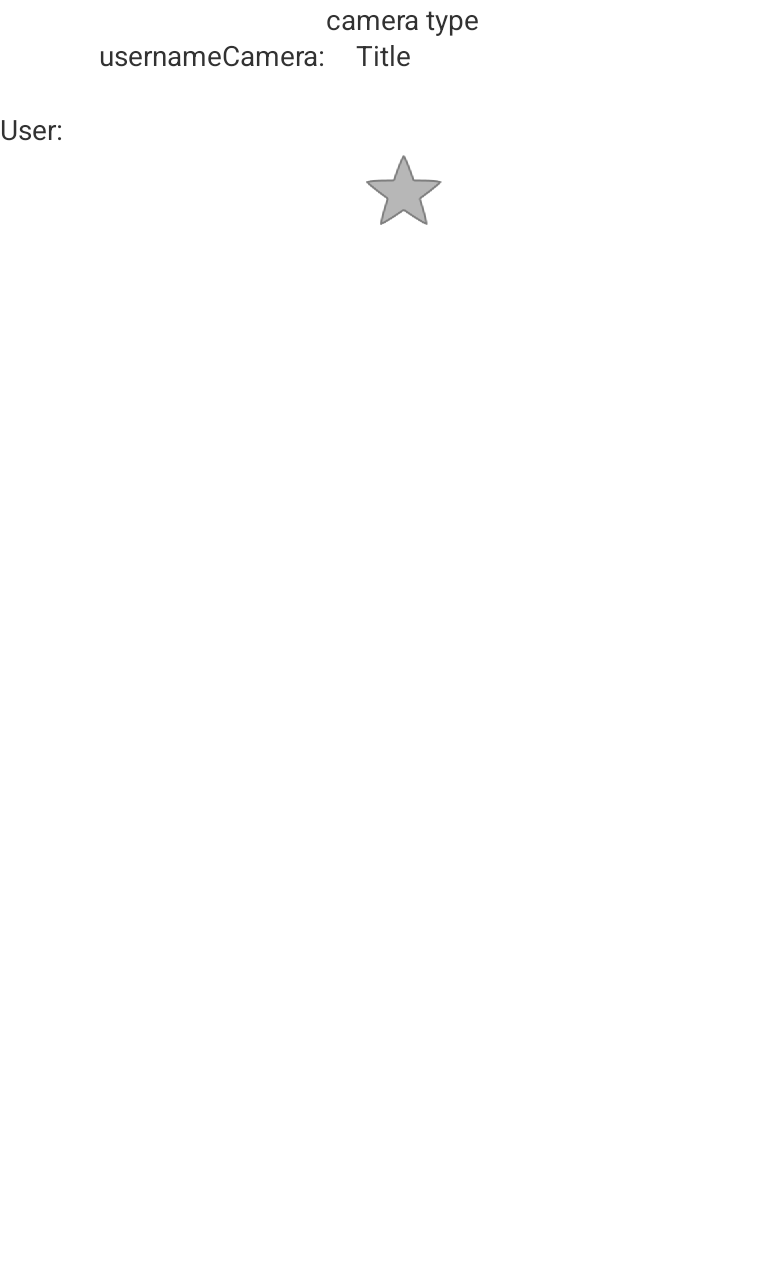
Repository: arianaantonio/Java2_Antonio
Layout: SpaceImageViewer/res/layout/details_activity.xml
These files come from the project's save history. The layout is drawn as it stood at one moment and after the next save; the edit follows.
It is drawn on a 768 x 1280 px phone screen (xhdpi) without system bars, with theme AppTheme; the app's code is not run.

Above is the layout before, as saved 2014-07-15 07:02:19.

After the next save:
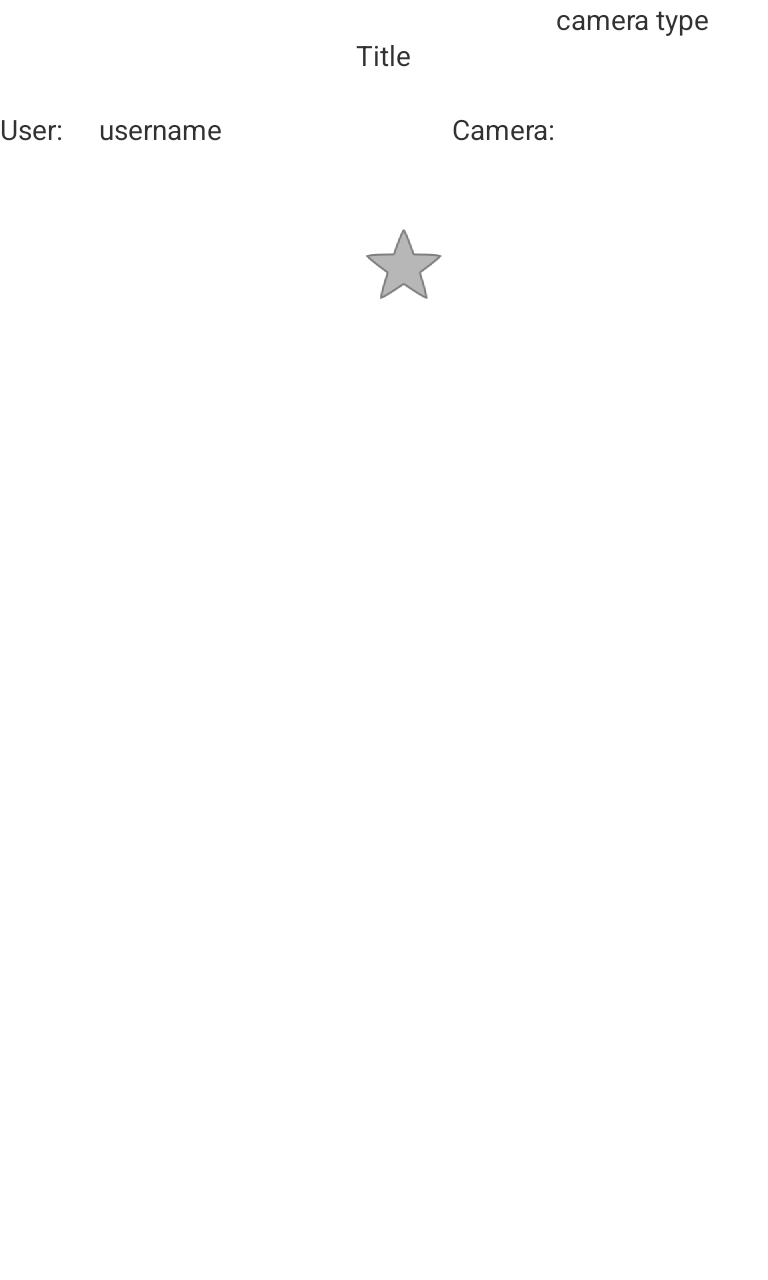
Saved 2 min 26 s later.
--- a/SpaceImageViewer/res/layout/details_activity.xml
+++ b/SpaceImageViewer/res/layout/details_activity.xml
@@ -39,17 +39,9 @@
         android:layout_height="wrap_content"
         android:layout_above="@+id/ratingBar"
         android:layout_marginLeft="18dp"
-        android:layout_alignBaseline="user"
+        android:layout_alignBottom="@+id/user"
         android:layout_toRightOf="@+id/user"
         android:text="username" />
-
-    <TextView
-        android:id="@+id/camera"
-        android:layout_width="wrap_content"
-        android:layout_height="wrap_content"
-        android:layout_marginTop="18dp"
-        android:layout_toRightOf="@+id/userName"
-        android:text="Camera:" />
 
     <TextView
         android:id="@+id/cameraType"
@@ -59,4 +51,13 @@
         android:layout_toRightOf="@+id/camera"
         android:text="camera type" />
 
+    <TextView
+        android:id="@+id/camera"
+        android:layout_width="wrap_content"
+        android:layout_height="wrap_content"
+        android:layout_alignBaseline="@+id/user"
+        android:layout_alignBottom="@+id/user"
+        android:layout_toRightOf="@+id/ratingBar"
+        android:text="Camera:" />
+
 </RelativeLayout>
